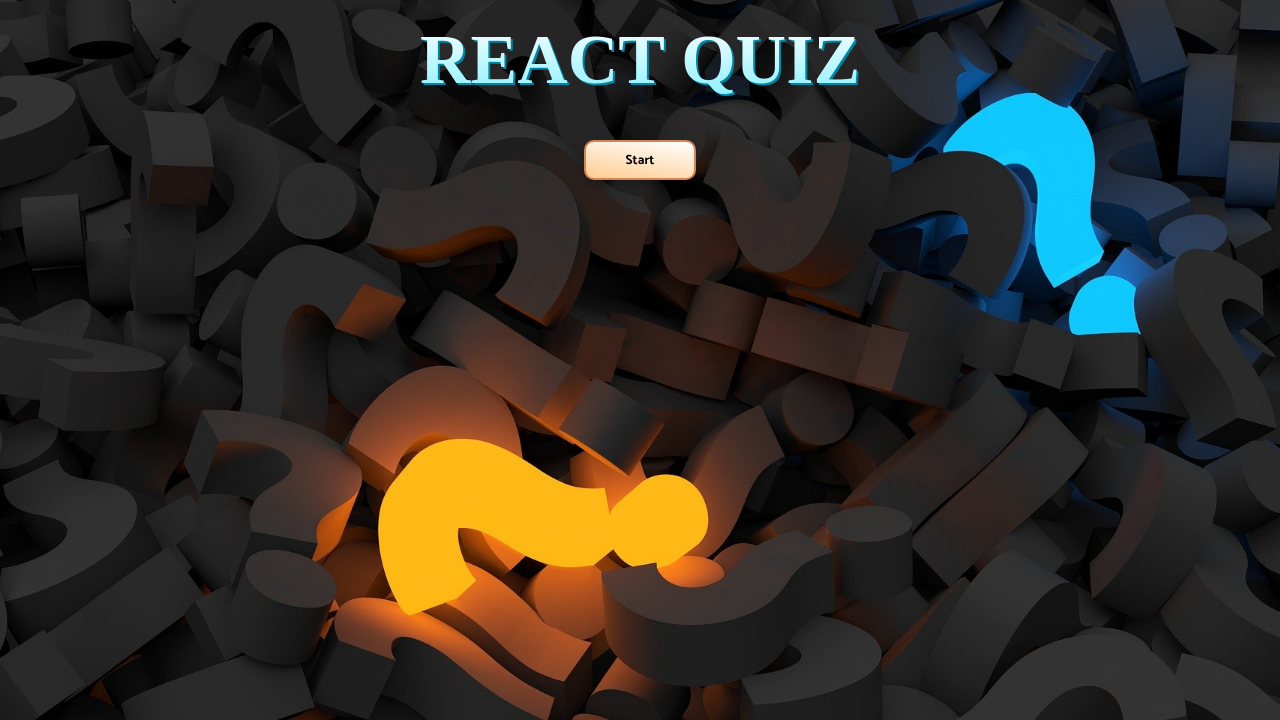
Repository: KrzysKolo/quizAPP
Page: /
An editor plug-in stored every save of this project. The page is shown before and after the next save, followed by the edit.
The browser window is 1280 px wide. The pictures show the whole page.
The project was rebuilt for these pictures with package versions that can differ from the ones it lists, and the page was loaded fresh each time. Also part of the build but not shown: src/components/QuestionCard.style.ts, src/components/QuestionCard.tsx.

Above is the page before, as saved 2021-04-25 00:11:58.

After the next save:
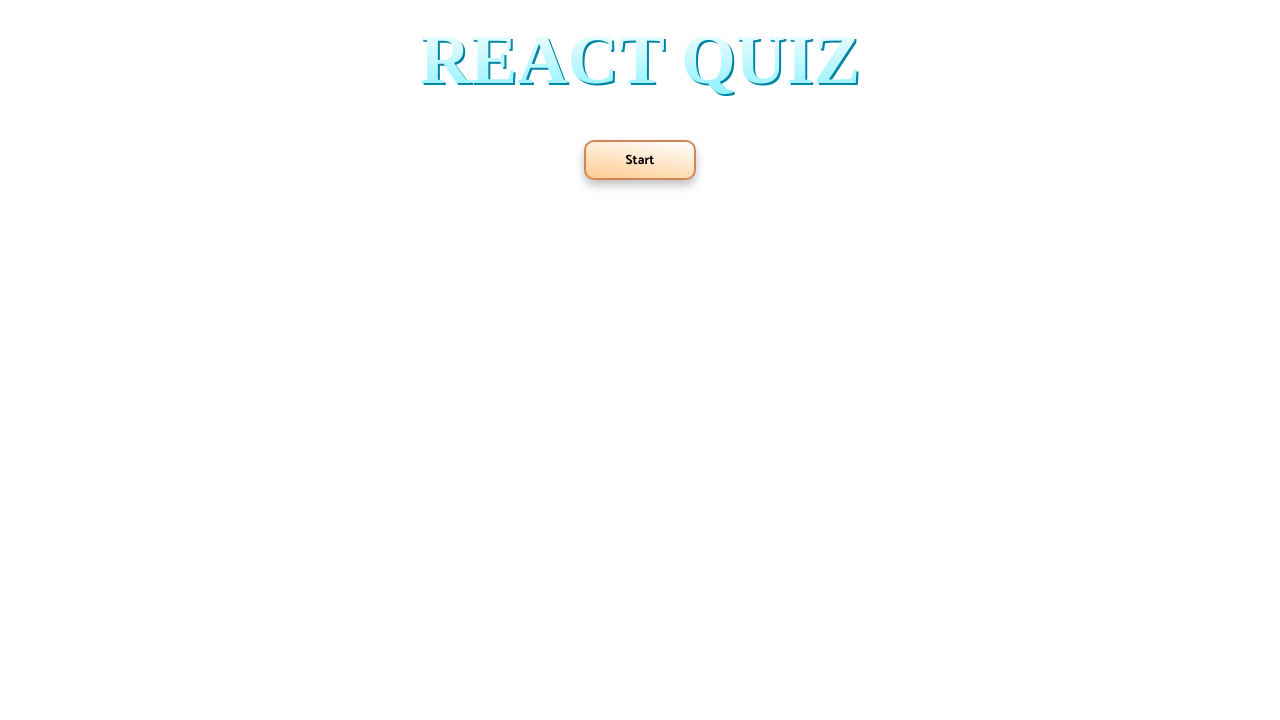
Saved 3 min 19 s later.
--- a/src/App.style.ts
+++ b/src/App.style.ts
@@ -9,7 +9,7 @@ export const GlobalStyle = createGlobalStyle`
   }
 
     body {
-      background-image: url(${BGImage});
+
       background-size: cover;
       margin: 0;
       padding: 0 20px;
@@ -27,6 +27,7 @@ export const Wrapper = styled.div`
   display: flex;
   flex-direction: column;
   align-items: center;
+
   > p {
     color: #fff;
   }
